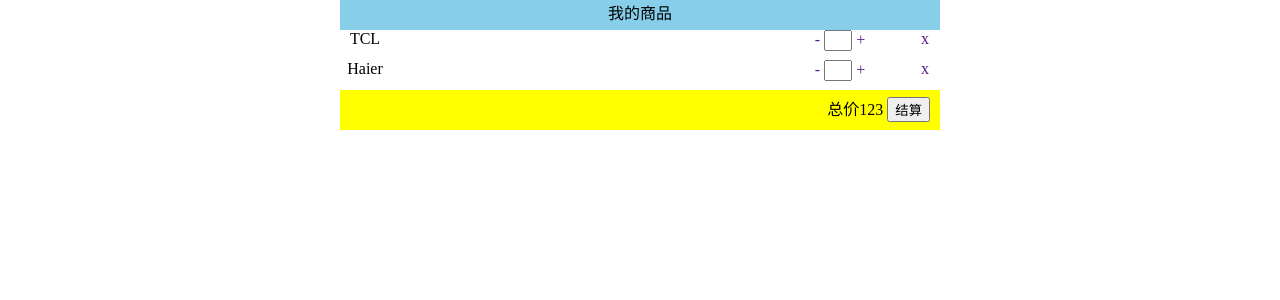
Repository: R1Deemo/Vue
Page: 10购物车.html
The author's editor kept a copy of each file at every save. The page is drawn from the files as they stood at one save, then again after the next save.
The browser window is 1280 px wide. The pictures show the whole page.

Above is the page before, as saved 2022-11-14 15:38:11.

### 10购物车.html
<!DOCTYPE html>
<html lang="en">

<head>
    <meta charset="UTF-8">
    <meta http-equiv="X-UA-Compatible" content="IE=edge">
    <meta name="viewport" content="width=device-width, initial-scale=1.0">
    <title>Document</title>
    <link rel="stylesheet" href="/css/购物车.css">
</head>

<body>
    <div id="app">
        <div class="container">
            <my-cart></my-cart>
        </div>
    </div>
    <script src="https://cdn.jsdelivr.net/npm/vue/dist/vue.js"></script>
    <script>
        var CartTitle = {
            template: `<div class="title">我的商品</div>`
        }
        var CartList = {
            template: `
            <div id='main'>
                <div class='item'>
                    <div class="name">TCL</div>
                    <div class="change">
                        <a href="">-</a>
                        <input type='text' class='num'/>
                        <a href="">+</a>
                    </div>
                    <div class='del'><a href="">x</a></div>
                </div>
                <div class='item'>
                    <div class="name">Haier</div>
                    <div class="change">
                        <a href="">-</a>
                        <input type='text' class='num'/>
                        <a href="">+</a>
                    </div>
                    <div class='del'><a href="">x</a></div>
                </div>
            </div>`

        }
        var CartTotal = {
            template: ` <div class="total">
                <div id='foot'><span>总价123</span>
                    <button>结算</button></div>

                </div>`
        }
        Vue.component('my-cart', {
            template: `
            <div  class="cart">
                <cart-title></cart-title>
                <cart-list></cart-list>
                <cart-total></cart-total>
                </div>
            `,
            components: {
                'cart-title': CartTitle,
                'cart-list': CartList,
                'cart-total': CartTotal,

            }
        })
        var vm = new Vue({
            el: '#app',
            data: {

            }
        })
    </script>
</body>

</html>

### css/购物车.css
body,
html {
    margin: 0;
    padding: 0;
}

.title {
    background-color: skyblue;
    height: 30px;
}

.container {
    margin: 0 auto;
    text-align: center;
}

.del {
    position: absolute;
    right: 10px;
    width: 10px;
}

.change {
    float: right;
    width: 80px;
    padding-right: 60px;
}

a {
    text-decoration: none;
}

.num {
    width: 20px;
}

.name {
    float: left;
    width: 50px;
}

.cart {
    width: 600px;
    height: 200px;
    margin: 0 auto;
}

.item {
    height: 30px;
    position: relative;
}

.total {
    background-color: yellow;
    width: 100%;
    height: 40px;
    position: relative;
}

#foot {
    position: absolute;
    right: 10px;
    line-height: 40px;
}

After the next save:
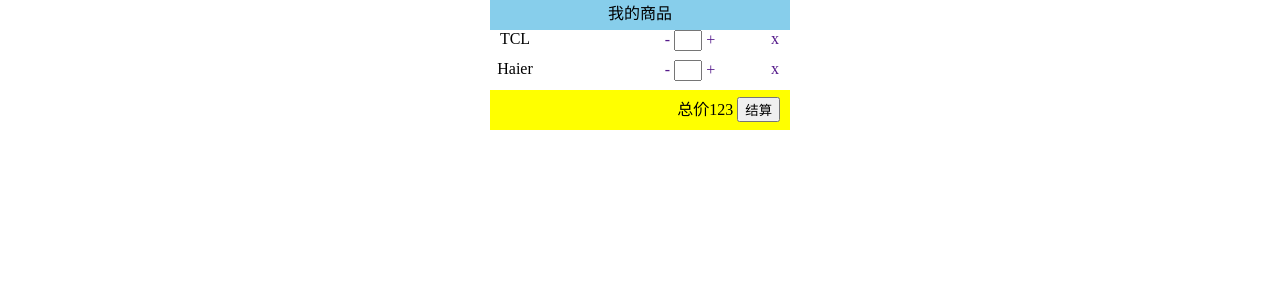
Saved 69 s later.
--- a/css/购物车.css
+++ b/css/购物车.css
@@ -40,7 +40,7 @@ a {
 }
 
 .cart {
-    width: 600px;
+    width: 300px;
     height: 200px;
     margin: 0 auto;
 }
